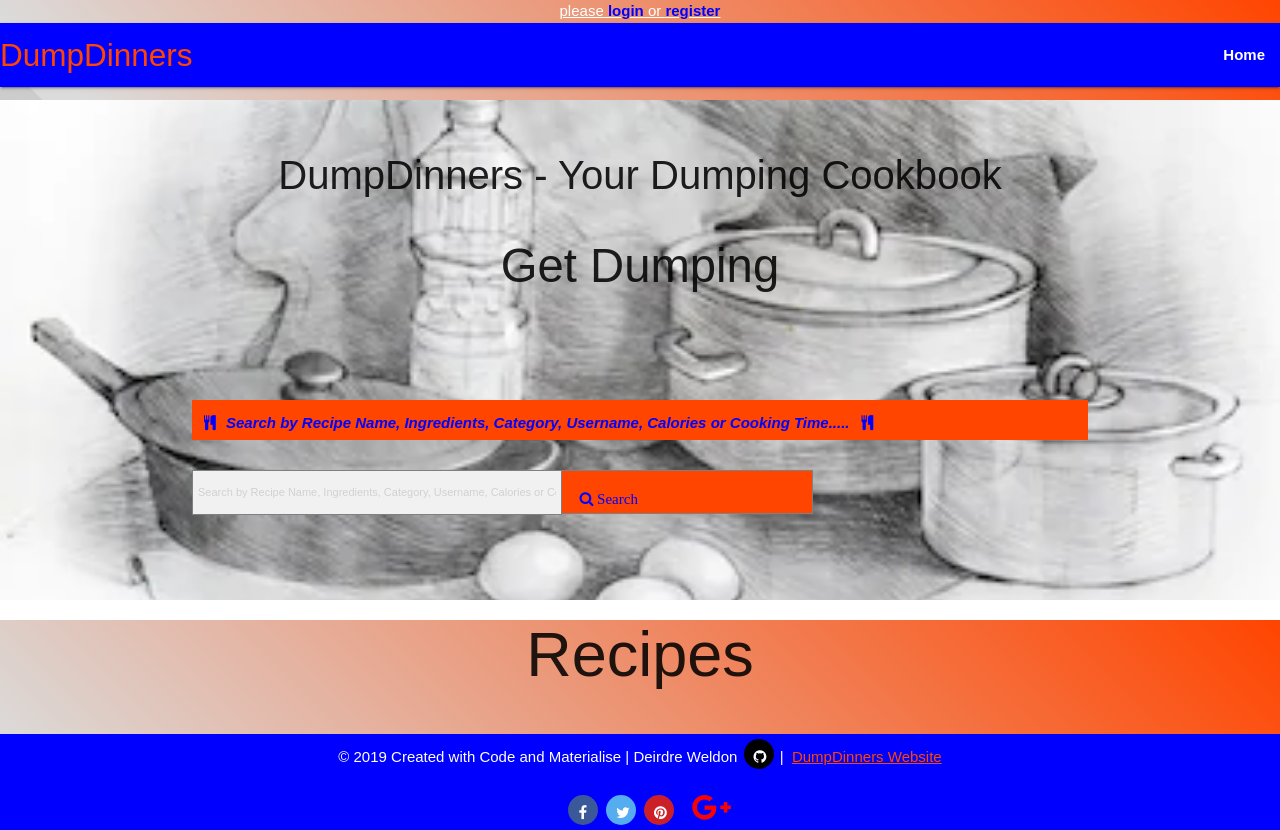
Repository: Deirdre18/dumpdinners-recipe-app
Page: http://localhost/
The author's editor kept a record of every edit. The page is drawn from the files as they stood at one moment, then again after the next edit.
The browser window is 1280 px wide. The pictures show the whole page.
Some web libraries are served in a nearby version. The page is served by the project's application, run on Flask 3 (app.py). Queries for data that is not in the repository find no rows.

Above is the page before.

### templates/allrecipes1.html
{% extends "base.html" %} {% block content %}

<h1 class="title">Recipes</h1>
{#{{referred to https://github.com/pierceoneill/code-institute-milestone-project-04/blob/master/templates/recipes.html for recipe-cards code.}}#}



<div id="recipe-cards" class="row">
    {% for recipe in recipes %}
    <div class="col s12 m4 l3 recipe-card" data-date="{{recipe.date_added}}">

        <div class="card-heading">

            <div class="card-title" style="text-align:center">
                <h6><span id="recipe_name" name="recipe_name"><i><strong>{{recipe.recipe_name}}</i></strong></span></h6>

            </div>
        </div>
        <strong><i class="fa fa-eye" aria-hidden="true" style="color:blue;font-size: 15px">&nbsp&nbsp{{recipe.views}}</i></strong>&nbsp&nbsp&nbsp&nbsp&nbsp&nbsp&nbsp&nbsp&nbsp&nbsp&nbsp&nbsp&nbsp&nbsp&nbsp&nbsp&nbsp
        <strong><i class="fa fa-heart" aria-hidden="true" style="color:red; font-size: 15px">&nbsp&nbsp{{recipe.likes}}</i></strong><br>
        <strong><i class="fa fa-cutlery"aria-hidden="true" style="color:blue;font-size: 15px">&nbsp&nbsp{{recipe.category_name}}</i><strong>


        <div class="card-image">
            <img src="{{recipe.image}}" width="200" height="200" style="margin-top" : 40%;>
        </div>


        <div class="card-body" style="white-space:normal">

            <p id="short_description"></p><strong><em>{{recipe.short_description}}</strong></em>
            </p>

        </div>

        <h6 class="view-and-share"><strong> View and Share!</strong>
        </h6>
        <p class=shares "col s4 m3 l3" style="white-space:normal">

            <i class="fa fa-facebook" aria-hidden="true"></i>
            <i class="fa fa-twitter" aria-hidden="true" style="color: light-blue"></i>
             <i class="fa fa-pinterest" aria-hidden="true"></i>
             <i class="fa fa-google-plus" style="font-size:30px; color:red"></i>
        </p>

        <div class="card-footer" style="white-space:normal">



            <div class="card-action">
                <a href="/recipe/{{ recipe._id }}"> <button class="btn waves-effect waves-light" type="submit" style="background-color:orangered" name="action">See More
                <i class="material-icons right">view_list</i>
             </button></a>
                <br><br><br>

            </div>

        </div>




        <!-- more display -->
    </div>
    {% endfor %}

    {% endblock %}

### templates/base.html
<!DOCTYPE html>
<html>

<head>
    <!--referred to this link for downloading bootstrap, as well as previous CI tutorials - https://forums.fedoraforum.org/showthread.php?314148-How-to-download-bootstrap-->

    <meta charset="UTF-8">
    <meta name="viewport" content="width=device-width, user-scalable=no, initial-scale=1.0, maximum-scale=1.0, minimum-scale=1.0">
    <meta http-equiv="X-UA-Compatible" content="ie=edge">
    <title>{{ title }} - DumpDinners</title>
    <link href="https://fonts.googleapis.com/icon?family=Material+Icons" rel="stylesheet">
    <link rel="stylesheet" href="https://cdnjs.cloudflare.com/ajax/libs/materialize/0.100.2/css/materialize.min.css">
    <link rel="stylesheet" href="{{url_for('static', filename='social-share-kit.css')}}" type="text/css" />
    <link rel="stylesheet" href="{{url_for('static', filename='styles.css')}}" type="text/css" />

    <!--referred to this for favicon - https://www.flaticon.com/-->

    <link rel="icon" type="image/ico" href="/static/images/favicon.ico" />
    <link rel="stylesheet" href="https://cdnjs.cloudflare.com/ajax/libs/font-awesome/4.7.0/css/font-awesome.min.css">

    <style>
        body {
            font-family: Arial;
        }
        * {
            box-sizing: border-box;
        }
        form.example input[type=text] {
            padding: 5px;
            font-size: 11px;
            border: 1px solid grey;
            float: left;
            width: 4%;
            height: 1%;
            background: #f1f1f1;
        }
        form.example button {
            float: left;
            width: 2%;
            height: 2%;
            padding: 5px;
            background: #2196F3;
            color: white;
            font-size: 11px;
            border: 1px solid grey;
            border-left: none;
            cursor: pointer;
        }
        form.example button:hover {
            background: #0b7dda;
        }
        form.example::after {
            content: "";
            clear: both;
            display: table;
        }
    </style>



</head>

<body>

    <style scoped>
        .pattern {
            min-height: 100px;
        }
        #stripes4 {
            background-image: repeating-linear-gradient(45deg, #ccc, #ccc 30px, #dbdbdb 30px, #dbdbdb 60px, orangered);
        }
    </style>

    <!--to give background gradient color, referred to https://www.quackit.com/css/codes/patterns/css_background_stripes.cfm-->

    <div id="stripes4" class="pattern">


        <!--referred to code from Spence Barribal's github project for username in session below (Student at Code Institute).-->

        {% if 'username' in session %}
        <div class="text-light font-italic bg-dark pt-2 pr-4" style="text-align:center; color:blue"><strong>welcome back, {{ session['username'] }}</strong>
        </div>

        <!--Referred to stack overflow article on centering anchors.-->

        <div class="display:block; text-align: center">
            <a href="{{ url_for('add_recipe') }}" <button class="btn waves-effect waves-light" type="submit" style="background-color:orangered" name="action">Add Recipe
                <i class="material-icons right">playlist_add</i>
             </button></div></a>



            <div class="display:block; text-align: center">
                <a href="{{ url_for( 'logout') }}" style="text-decoration:underline; color:blue; text-align:center,color:blue"><strong>Logout</strong></a>
            </div>

            <div class="display:block; text-align: center">
                <a href="{{ url_for( 'allrecipes') }}" style="text-decoration:underline;color:blue; text-align:center"><strong>Home</strong></a>

            </div>

            {% else %}

            <div class="login" style="text-align:center;text-decoration:underline; color:white">please<a href="{{ url_for('login') }}" style="color:blue"><strong> login</a></strong> or <a href="{{ url_for('register') }}" style="color:blue"><strong> register</strong></a>
            </div>
            {% endif %}

            <nav>
                <div class="nav-wrapper">
                    <a class="brand-logo" style="color:orangered">DumpDinners</a>
                    <a href="#" data-activates="mobile-demo" class="button-collapse"><i class="material-icons">menu</i></a>
                    <ul id="nav-mobile" class="right hide-on-med-and-down">

                        {% if 'username' not in session %}

                        <li class="nav-item">
                            <a href="{{ url_for('index') }}" style="color:white"><strong>Home</a></strong>
                        </li>


                        {% endif %}

                    </ul>
                </div>

            </nav>
            <!--referred to https://www.w3schools.com/howto/howto_css_search_button.asp-->

            {% if 'username' in session %}
            <ul class="sidenav" id="mobile-demo">
                <li class="nav-item">
                    <a href="{{ url_for('allrecipes') }}" style="color:orangered;text-decoration:underline"><strong>Home</strong></a>
                </li>
                {% endif %}


            </ul>
        </div>

        <div id="index-banner" class="parallax-container">
            <div class="section no-pad-bot">
                <div class="container">

                    <div class="parallax">
                        <img src="{{ url_for('static', filename='uploads/' + 'still-life.jpg') }}">
                    </div>

                    <h2 class="header center" class="header"><small>DumpDinners - Your Dumping Cookbook</small></h2>

                    <h1 class="header center" class="header"><small>Get Dumping</small></h1>
                    <br><br><br>


                    <!--/*referred to https://www.w3schools.com/howto/howto_css_search_button.asp*/-->

                    <div class="search-container">

                         <h6 class="lead-search" style="background-color:orangered; color:blue; text-align:left"><strong><i><i class="fa fa-cutlery" style="font-size: 15px"></i>Search by Recipe Name, Ingredients, Category, Username, Calories or Cooking Time.....</i></strong><i class="fa fa-cutlery" style="font-size: 15px"></i></h6><br>


                         <form class="example" action="{{ url_for('search') }}">
                            <input type="text" placeholder="Search by Recipe Name, Ingredients, Category, Username, Calories or Cooking Time...." required name="query" style="margin-top:1px; width:40%; height:3em !important" style="color:black">
                            <div id="search">
                                <button type="submit" style="margin-top:1px; width:28%; height:4em !important; background-color:orangered"><strong><i class="fa fa-search" style="font-size:15px;float:left;color:blue">&nbspSearch</strong></i></button>
                            </div>

                            </form>

                    </div>
                </div>
            </div>
            <!--Referred to this link for adding photos dynamically. https://stackoverflow.com/questions/40877272/jinja2-not-displaying-the-images-->
        </div>
        <div id="stripes4" class="pattern">
            {% block content %}{% endblock %}
        </div>
        <script src="https://ajax.googleapis.com/ajax/libs/jquery/3.4.1/jquery.min.js"></script>
        <script src="https://cdnjs.cloudflare.com/ajax/libs/jquery/3.2.1/jquery.min.js"></script>
        <script src="https://cdnjs.cloudflare.com/ajax/libs/materialize/0.100.2/js/materialize.min.js"></script>
        <!--<script src="assets/js/social-share-kit.js"></script>-->
        <!--<script src="assets/js/social-share-kit.min.js"></script>-->
        <script type="text/javascript">
            $(document).ready(function() {
                $(".button-collapse").sideNav();
            });
        </script>
        <script type="text/javascript">
            $('.datepicker').pickadate({
                selectMonths: true, // Creates a dropdown to control month
                selectYears: 15, // Creates a dropdown of 15 years to control year,
                today: 'Today',
                clear: 'Clear',
                close: 'Ok',
                closeOnSelect: false // Close upon selecting a date,
            });
        </script>
        <script>
            $(document).ready(function() {
                $('.parallax').parallax();
            });
        </script>
        <!-- jquery to activate buttons -->
        <script type="text/javascript">
            $(document).ready(function() {
                $('.collapsible').collapsible();
                $('select').material_select();
            });
        </script>
        <!--// to create footer referred to https://www.w3schools.com/howto/tryit.asp?filename=tryhow_css_fixed_footer. For flexible footer referred to https://materializecss.com/footer.html // decided to make footer fixed rather than flexible-->
        <style>
            .footer {
                margin-top: 1px;
                display: fixed;
                min-height: 3vh;
                flex-direction: column;
                text-align: center;
                background-color: blue;
                color: white;
            }
            main {
                flex: 1 0 auto;
            }
            .container {
                margin-top: 15px;
                margin-bottom: 3px;
            }
        </style>
        <style>
            .fa {
                padding: 10px;
                font-size: 15px;
                width: 30px;
                text-decoration: none;
                margin: 5px 2px;
                border-radius: 50%;
                height: 30px;
            }
            .fa:hover {
                opacity: 0.7;
            }
            .fa-facebook {
                background: #3B5998;
                color: white;
                text-align: center;
            }
            .fa-twitter {
                background: #55ACEE;
                color: white;
                text-align: center;
            }
            .fa-youtube {
                background: #bb0000;
                color: white;
                text-align: center;
            }
            .fa-pinterest {
                background: #cb2027;
                color: white;
                text-align: center;
            }
            .fa-github {
                background: black;
                color: white;
                text-align: center;
                font-size: 15px;
            }
            strong {
                font-weight: bold;
            }
        </style>
        <div class="footer">
            <div class="container">
                <!--created blank spaces, referred to https://www.computerhope.com/jargon/n/nbsp.htm-->
                © 2019 Created with Code and Materialise&nbsp| Deirdre Weldon <a href="https://github.com/" class="fa fa-github"></a> |&nbsp
                <a href="https://dumpdinners-recipe-app.herokuapp.com/" style="color:orangered; text-decoration: underline">DumpDinners Website
        </div>
        <!--for social media icons and styles referred to https://www.w3schools.com/howto/howto_css_social_media_buttons.asp    -->
        <!-- Add font awesome icons -->
        <a href="https://www.facebook.com/" class="fa fa-facebook"></a>
                <a href="https://www.twitter.com/" class="fa fa-twitter"></a>
                <a href="https://www.pinterest.com/" class="fa fa-pinterest"></a>
                <a href="https://plus.google.com/" class="fa fa-google-plus" style="font-size:30px; color:red"></a>
            </div>
</body>
</html>

### app.py
import os
import re
from flask import Flask, render_template, redirect, request, url_for, session, flash
import json
from flask_pymongo import PyMongo
import pymongo
from pymongo import MongoClient
from bson.objectid import ObjectId


from werkzeug.security import generate_password_hash, check_password_hash


app = Flask(__name__)

app.secret_key = "randomstring123"



if app.config['DEBUG'] == True:
    from config import dbconfig
    app.config["MONGO_DBNAME"] = 'dumpdinners'
    app.config["MONGO_URI"] = dbconfig()
else:
    app.config['MONGO_URI'] = os.environ.get("MONGO_URI")
    app.config['MONGO_DBNAME'] = os.environ.get("MONGO_DBNAME")

mongo = PyMongo(app)


@app.route('/')
@app.route('/index')
def index():
    """Home page the gets 4 recipes from DB that have been viewed the most"""
    four_recipes = mongo.db.recipes.find().limit(4)
    return render_template('allrecipes1.html', recipes=four_recipes)

@app.route('/allrecipes')
def allrecipes():
    recipes = mongo.db.recipes.find()
    return render_template('allrecipes.html', recipes=recipes)

@app.route('/allrecipes1')
def allrecipes1():
    recipes = mongo.db.recipes.find()
    four_recipes = mongo.db.recipes.find().limit(4)
    return render_template('allrecipes1.html', recipes=four_recipes)

@app.route('/add_recipe')
def add_recipe():
    recipes = mongo.db.recipes.find()
    return render_template('addrecipe.html',
        recipes=mongo.db.categories.find())



@app.route('/insert_recipe', methods=['POST'])
def insert_recipe():
    recipes = mongo.db.recipes
    recipes.insert_one(request.form.to_dict())
    flash ("Thank you, your recipe has been inserted!")
    return render_template('recipe.html', recipe=recipe)




@app.route('/edit_recipe/<recipe_id>', methods=['GET', 'POST'])
def edit_recipe(recipe_id):
    """Allows logged in user to edit their own recipes"""
    recipe_db = mongo.db.recipes.find_one_or_404({'_id': ObjectId(recipe_id)})
    all_categories =  mongo.db.categories.find()
    if request.method == 'GET':

        return render_template('editrecipe.html', recipe=recipe_db, categories=all_categories)


# referred to this article for advice on 'views' - https://stackoverflow.com/questions/5782311/mongodb-inc-embedded-value-syntax

@app.route('/update_recipe/<recipe_id>', methods=["POST"])
def update_recipe(recipe_id):
    recipes = mongo.db.recipes
    recipes.update( {'_id': ObjectId(recipe_id)},
    {
        '$set': {

        'recipe_name':request.form.get('recipe_name'),
        'ingredients':request.form.get('ingredients'),
        'image': request.form.get('image'),
        'category_name': request.form.get('category_name'),
        'username': request.form.get('username'),
        'methods': request.form.get('methods'),
        'short_description': request.form.get('short_description'),
        'date_added': request.form.get('date_added'),
        'is_vegetarian': request.form.get('is_vegetarian'),
        'views':1,
        'likes':1

        }
    })
    return redirect(url_for('allrecipes'))




@app.route('/delete_recipe/<recipe_id>')
def delete_recipe(recipe_id):
    mongo.db.recipes.remove({'_id': ObjectId(recipe_id)})
    return redirect(url_for('allrecipes'))

@app.route('/search')
def search():
    """Provides logic for search bar"""
    orig_query = request.args['query']
    # using regular expression setting option for any case
    query = {'$regex': re.compile('.*{}.*'.format(orig_query)), '$options': 'i'}
    # find instances of the entered word in title, tags or ingredients
    results = mongo.db.recipes.find({
        '$or': [
            {'recipe_name': query},
            {'ingredients': query},
            {'recipe_name': query},
            {'category_name': query},
            {'calories': query},
            {'cooking_time': query}
        ]
    })
    return render_template('search.html', query=orig_query, results=results)


@app.route('/recipe/<recipe_id>')
def recipe(recipe_id):

    """Shows full recipe and increments view"""
    mongo.db.recipes.find_one_and_update(
        {'_id': ObjectId(recipe_id)},
        { '$inc': { 'views': 1}}



    )
    recipe_db = mongo.db.recipes.find_one_or_404({'_id': ObjectId(recipe_id)})
    return render_template('recipe.html', recipe=recipe_db)

# routing for likes

@app.route('/likes/<recipe_id>')
def likes(recipe_id):

    """Shows full recipe and increments view"""
    mongo.db.recipes.find_one_and_update(
        {'_id': ObjectId(recipe_id)},
        { '$inc': { 'likes': 1}}



    )
    recipe_db = mongo.db.recipes.find_one_or_404({'_id': ObjectId(recipe_id)})
    return redirect(url_for('allrecipes1'))

#Copied routing for login from Deborah Thompson, student at Code Institute for login routing - #https://github.com/debbiect246/recipe-app#


@app.route('/login', methods=["GET","POST"])
def login():
    if request.method == 'POST':
        login_user = mongo.db.register.find_one({'username': request.form['username']})
        form = request.form
        if login_user:
            if(form["password"] == login_user["password"]): # if password correct
                session['username'] = login_user["username"]
                return redirect(url_for('allrecipes',register_id = login_user["_id"]))
            else: # and if password is not correct
               flash("Incorrect password, please try again or register")
        else:# if user does not exist
            flash("User does not exist")
            return redirect(url_for('register'))
    return render_template('login.html')


#Copied routing for register from Deborah Thompson, student at Code Institute for login routing - #https://github.com/debbiect246/recipe-app#

@app.route('/register', methods=['POST','GET'])
def register():
    if request.method == 'POST':
        register = mongo.db.register
        register_id = register.insert_one(request.form.to_dict())
        # print(register)
        object_id = register_id.inserted_id
        flash("Thank you for registering, please login to view more recipes and add your own!")
        return redirect(url_for('login'))
    return render_template('register.html')




#Copied routing for allrecipeslist from Deborah Thompson, student at Code Institute for login routing - #https://github.com/debbiect246/recipe-app#


@app.route('/logout')
def logout():
    """Clears session and redirects to home"""

    session.clear()
    flash ("Thank you, hope to see you again soon!")
    return redirect(url_for('login'))




if __name__ == '__main__':
    app.run(host=os.environ.get('IP'),
        port=int(os.environ.get('PORT')))

### static/styles.css
.card-body {
    width: 75%;
    margin-left: 0;
    left: auto;
    right: auto;
    white-space: pre-wrap;
}

#search [type="search"] [name="query"]
{
     height: 30px;
     width: 50px;
}


h3 {margin-top: 10%}

.main { margin-top: 20px;}

.card-image {width:25%;}

h5 .lead-search {margin-bottom: 0}

p .heading {margin-top: 30%;}


.card-image {white-space: pre-wrap;
            margin-bottom: -80px;
}


h1 {text-align: center;
    margin-top: 20px;

}

p {margin-top: 20%;}



.nav-wrapper {background-color: blue;}

#Add {color: indigo;
}

#View {color: indigo;
}

.brand-logo{text-align:left;}

.btn_small {
    height: 24px;
    width: 60px;
    line-height: 24px;
    margin: 5px 5px;
    padding: 0 0.5em;
}

Loaded but not shown: static/social-share-kit.css (no copy from this time; the picture is the same without it)

After the next edit:
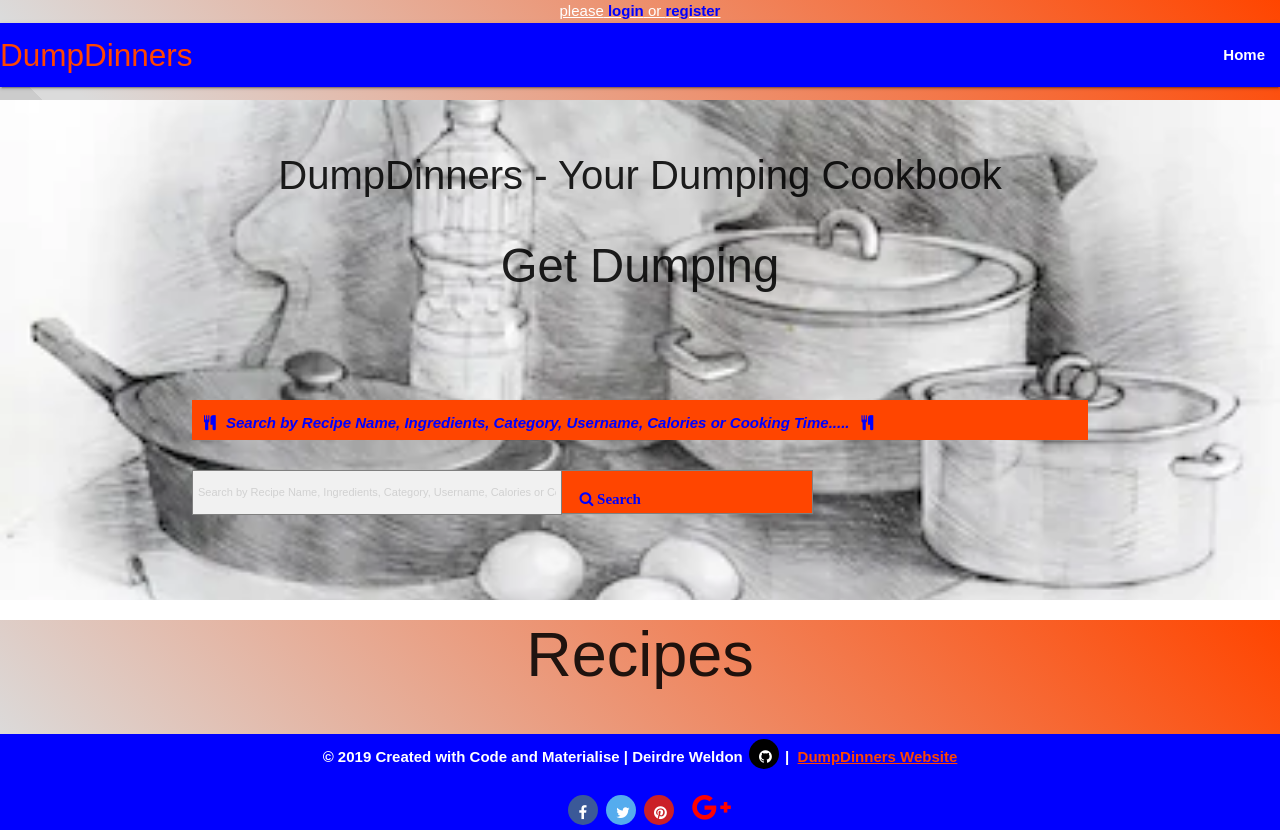
The edit:
--- a/templates/base.html
+++ b/templates/base.html
@@ -162,7 +162,7 @@
                          <form class="example" action="{{ url_for('search') }}">
                             <input type="text" placeholder="Search by Recipe Name, Ingredients, Category, Username, Calories or Cooking Time...." required name="query" style="margin-top:1px; width:40%; height:3em !important" style="color:black">
                             <div id="search">
-                                <button type="submit" style="margin-top:1px; width:28%; height:4em !important; background-color:orangered"><strong><i class="fa fa-search" style="font-size:15px;float:left;color:blue">&nbspSearch</strong></i></button>
+                                <button type="submit" style="margin-top:1px; width:28%; height:4em !important; background-color:orangered"><strong><i class="fa fa-search" style="font-size:15px;float:left;color:blue"><strong>&nbspSearch</strong></i></button>
                             </div>
 
                             </form>
